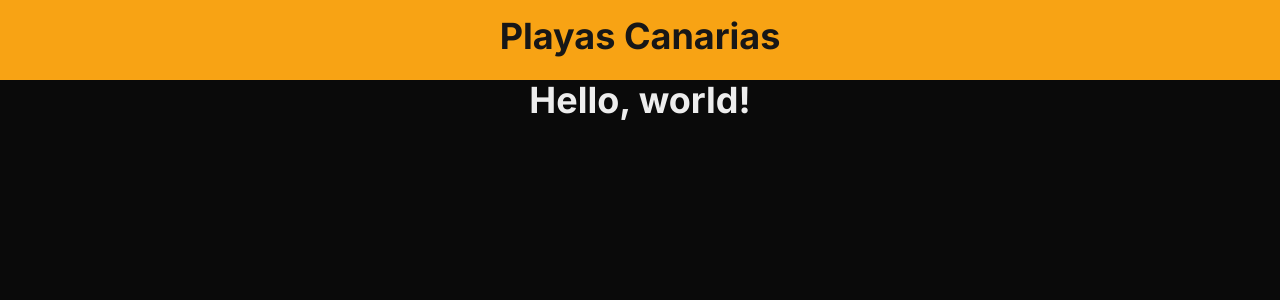
Repository: SergioAcostaTer/playas-canarias
Page: /
The author's editor kept a copy of each file at every save. The page is drawn from the files as they stood at one save, then again after a run of saves.
The browser window is 1280 px wide. The pictures show the whole page.
The project was rebuilt for these pictures with package versions that can differ from the ones it lists, and the page was loaded fresh each time. The framework's server and built-in components were replaced by stand-ins that run in the browser. Also part of the build but not shown: next.config.ts.

Above is the page before, as saved 2025-01-29 11:04:42.

### src/app/layout.tsx
import type { Metadata } from "next";
import { Inter } from "next/font/google";
import "./globals.css";

const inter = Inter({
  variable: "--font-inter",
  subsets: ["latin"],
});

export const metadata: Metadata = {
  title: "Playas Canarias - Mapa de Playas con Valoraciones y Servicios",
  description:
    "Descubre todas las playas de Canarias con nuestro mapa interactivo. Consulta valoraciones, accesibilidad y servicios en cada playa.",
  applicationName: "Playas Canarias",
  keywords: [
    "playas Canarias",
    "mapa de playas",
    "playas España",
    "mejores playas Canarias",
    "playas accesibles",
    "turismo en Canarias",
    "valoraciones playas",
    "playas con bandera azul",
    "surf en Canarias",
    "vacaciones en Canarias",
  ],
  authors: [{ name: "Playas Canarias", url: "https://playas.canarycode.es" }],
  openGraph: {
    title: "Playas Canarias - Encuentra Tu Playa Perfecta",
    description:
      "Explora todas las playas de Canarias con nuestro mapa interactivo. Consulta valoraciones, accesibilidad y servicios en cada playa.",
    url: "https://playas.canarycode.es",
    siteName: "Playas Canarias",
    images: [
      {
        url: "https://playas.canarycode.es/og-image.jpg",
        width: 1200,
        height: 630,
        alt: "Playas Canarias - Mapa Interactivo",
      },
    ],
    locale: "es_ES",
    type: "website",
  },
  twitter: {
    card: "summary_large_image",
    title: "Playas Canarias - Encuentra Tu Playa Perfecta",
    description:
      "Explora todas las playas de Canarias con nuestro mapa interactivo. Consulta valoraciones, accesibilidad y servicios en cada playa.",
    site: "@playascanarias",
    creator: "@playascanarias",
    images: ["https://playas.canarycode.es/og-image.jpg"],
  },
  icons: {
    icon: "/favicon.ico",
    apple: "/apple-touch-icon.png",
  },
  manifest: "/site.webmanifest",
  alternates: {
    canonical: "https://playas.canarycode.es",
  },
  robots: {
    index: true,
    follow: true,
  },
};

export default function RootLayout({
  children,
}: Readonly<{
  children: React.ReactNode;
}>) {
  return (
    <html lang="es">
      <body className={`${inter.className} font-inter antialiased`}>
        {children}
      </body>
    </html>
  );
}

### src/app/page.tsx
import { Header } from "@/components/Header";

export default function Home() {
  return (
    <div>
      <Header />
      <h1 className="text-4xl font-bold text-center">Hello, world!</h1>

    </div>
  );
}

### src/app/globals.css
@tailwind base;
@tailwind components;
@tailwind utilities;

:root {
  --background: #ffffff;
  --foreground: #171717;
  --primary: #f59e0b;
  --header-bg: #f8a314;
  --header-text: #171717;
  --header-border: #f59e0b;
}

@media (prefers-color-scheme: light) {
  :root {
    --background: #0a0a0a;
    --foreground: #ededed;
  }
}

body {
  color: var(--foreground);
  background: var(--background);
  font-family: Arial, Helvetica, sans-serif;
}

### src/components/Header.tsx
const Header = () => {
  return (
    <header className="text-center p-4 h-14 md:h-20 bg-[var(--header-bg)] text-[var(--header-text)]">
      <h1 className="text-2xl md:text-4xl font-bold">
        Playas Canarias
      </h1>
    </header>
  );
};

export { Header };

Loaded but not shown: tailwind.config.ts (common file)

After the next 2 saves:
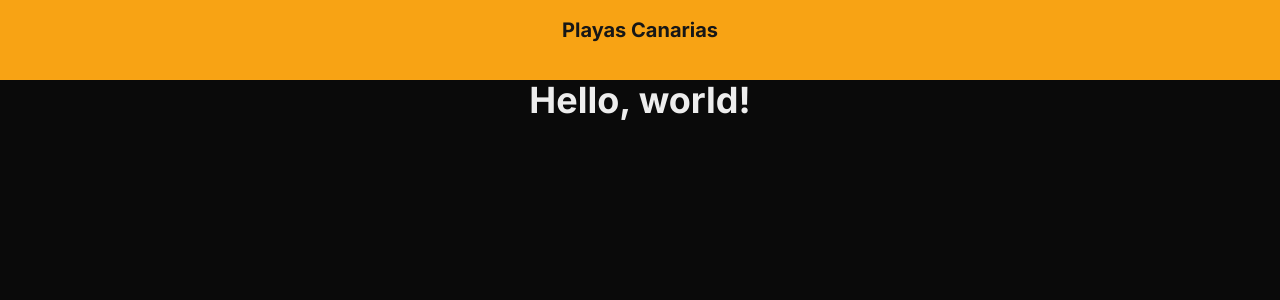
The 2 saves are shown as one change because they came seconds apart.
The last was saved 18 s later.
--- a/src/components/Header.tsx
+++ b/src/components/Header.tsx
@@ -1,9 +1,11 @@
+import Link from "next/link";
+
 const Header = () => {
   return (
     <header className="text-center p-4 h-14 md:h-20 bg-[var(--header-bg)] text-[var(--header-text)]">
-      <h1 className="text-2xl md:text-4xl font-bold">
-        Playas Canarias
-      </h1>
+      <Link href="/">
+        <a className="text-lg md:text-xl font-bold">Playas Canarias</a>
+      </Link>
     </header>
   );
 };
